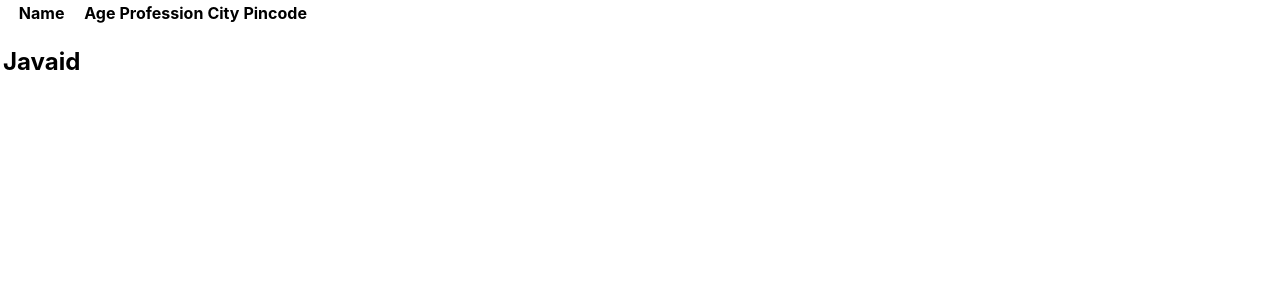
Repository: JavaidAhmadKhan/framer-motion-reacr
Page: /
These files come from the project's save history. The page is drawn as it stood at one moment and after the next save; the edit follows.
The browser window is 1280 px wide. The pictures show the whole page.
The project was rebuilt for these pictures with package versions that can differ from the ones it lists, and the page was loaded fresh each time.

Above is the page before, as saved 2022-05-19 17:40:43.

After the next save:
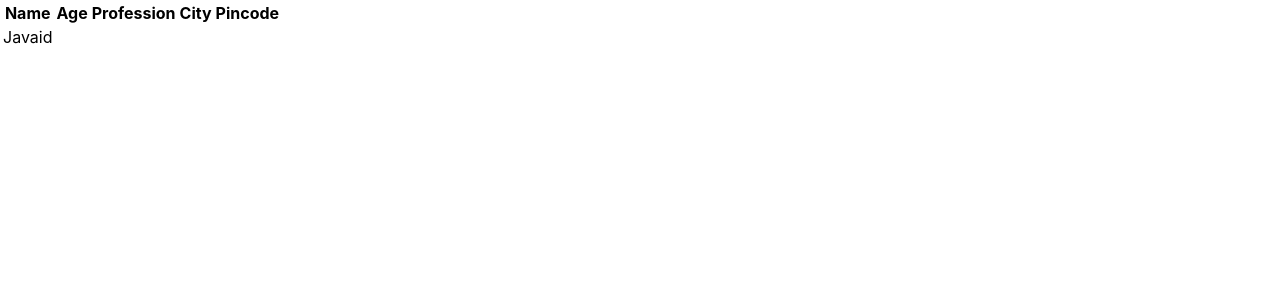
Saved 22 s later.
--- a/src/App.js
+++ b/src/App.js
@@ -31,7 +31,8 @@ class App extends Component {
           </tr>
           <tr>
             <td>
-              <h2>{this.state.name}</h2>
+              {this.state.name}
+              <td></td>
             </td>
           </tr>
 
